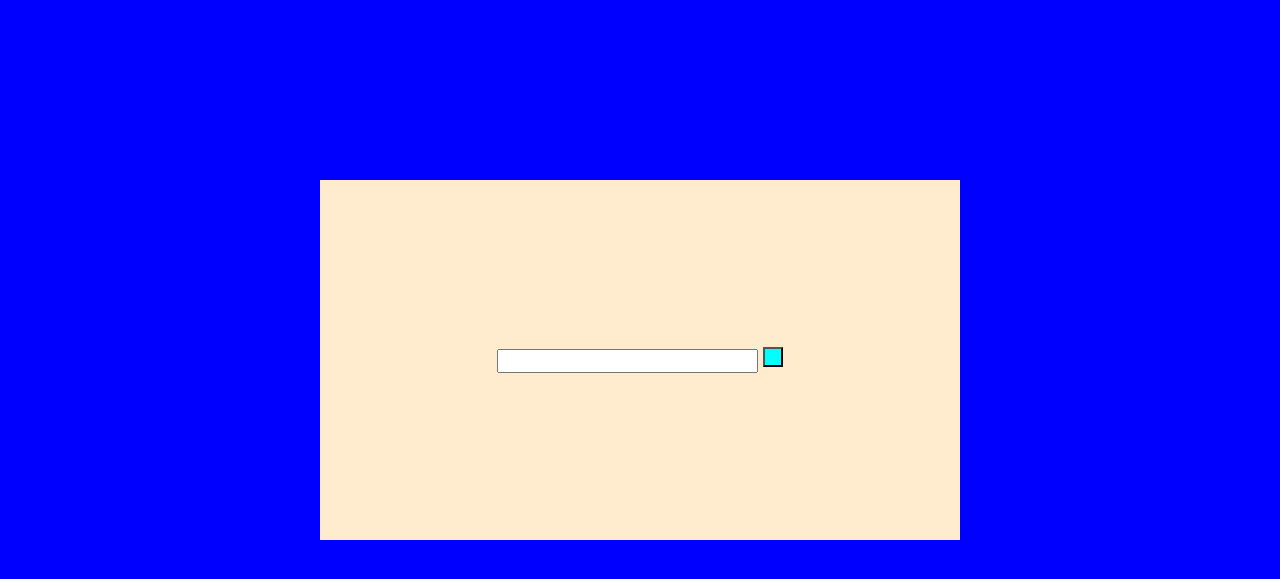
Repository: NarekTovmasyan/promise
Page: inex.html
These files come from the project's save history. The page is drawn as it stood at one moment and after the next save; the edit follows.
The browser window is 1280 px wide. The pictures show the whole page.

Above is the page before, as saved 2022-02-21 20:27:34.

After the next save:
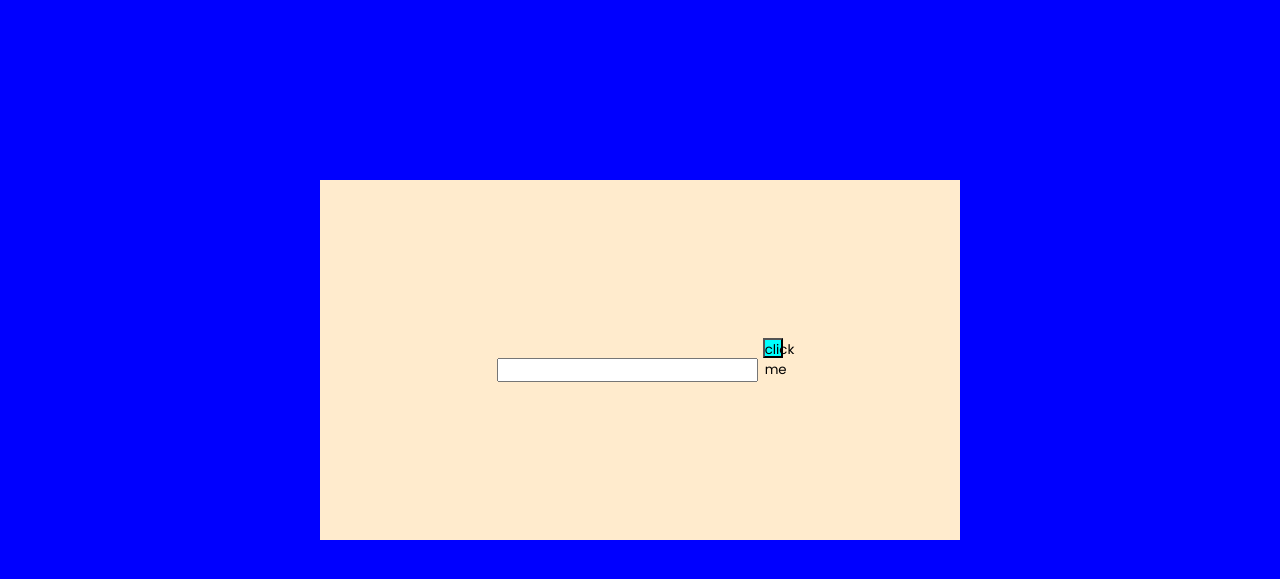
Saved 34 s later.
--- a/inex.html
+++ b/inex.html
@@ -14,7 +14,7 @@
         <div class="conteiner">
             <div class="main">
                 <input type="number">
-                <button class="btn"></button>
+                <button class="btn">click me</button>
                 <div></div>
             </div>
         </div>
